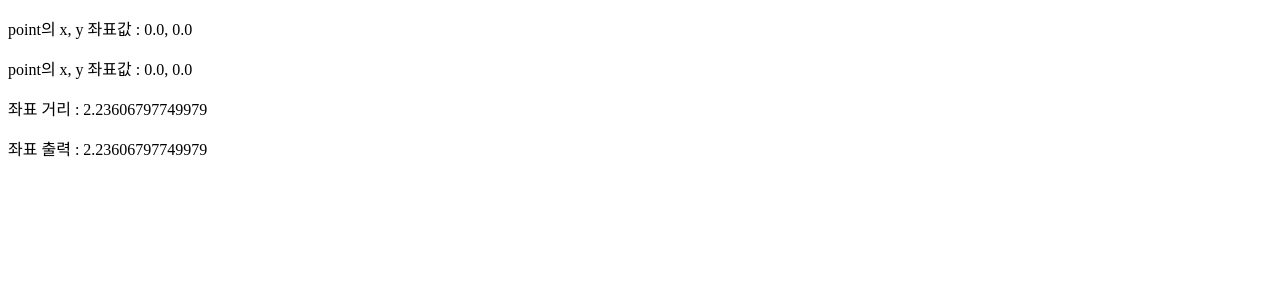
Repository: dnwpdud/WEB_CODES
Page: http://localhost/Web07_EL_JSTL/01_Expression_Language/04_useBean.jsp
An editor plug-in stored every save of this project. The page is shown before and after the next save, followed by the edit.
The browser window is 1280 px wide. The pictures show the whole page.
The page is served by Tomcat 9. Other server files are loaded and not shown.

Above is the page before, as saved 2024-04-05 07:50:26.

### Web07_EL_JSTL/src/main/webapp/01_Expression_Language/04_useBean.jsp
<%@ page language="java" contentType="text/html; charset=UTF-8"
    pageEncoding="UTF-8"%>
<!DOCTYPE html>
<html>
<head>
<meta charset="UTF-8">
<title>EL useBean</title>
</head>
<body>
	<jsp:useBean id="point" class="edu.web.le01.Point" />
	<jsp:setProperty property="x" name="point" value="0.0"/>
	<jsp:setProperty property="y" name="point" value="0.0"/>
	<p>point의 x, y 좌표값 : ${point.x }, ${point.y }</p>
	<p>point의 x, y 좌표값 : ${pageScope.point.x }, ${pageScope.point.y }</p>

	<%-- el 메소드 표기 --%>
	<p>좌표 거리 : ${point.distance(1, 2) }</p>
	<p>좌표 출력 : ${point.distance(1, 2) }</p>
</body>
</html>

### Web07_EL_JSTL/src/main/java/edu/web/el01/Point.java
package edu.web.le01;

public class Point {
	private double x;
	private double y;

	public Point() {
		System.out.println("Point()");
	}

	public Point(double x, double y) {
		this.x = x;
		this.y = y;
	}
	public double getX() {
		System.out.println("getX()");
		return x;
	}
	public void setX(double x) {
		this.x = x;
	}
	public double getY() {
		return y;
	}
	public void setY(double y) {
		this.y = y;
	}

	public double distance(double x, double y) {
		double disX = this.x - x;
		double disY = this.y - y;
		return Math.sqrt(disX * disX + disY * disY);
	}

	@Override
	public String toString() {
		return "Point [x=" + x + ", y=" + y + "]";
	}

}

After the next save:
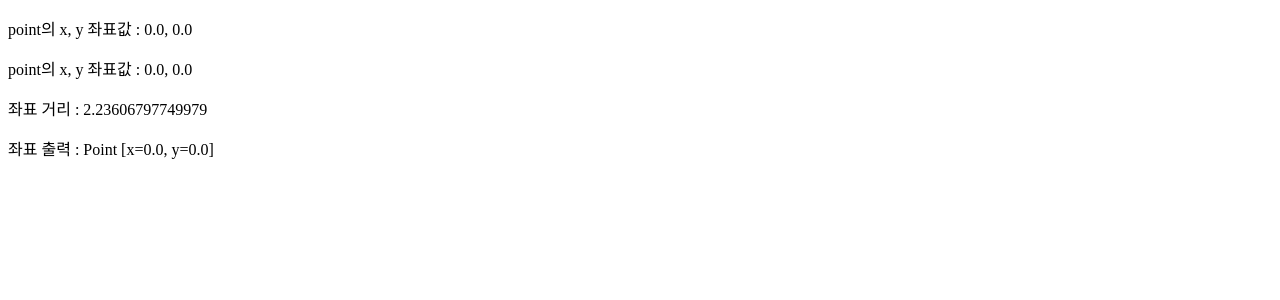
Saved 9 s later.
--- a/Web07_EL_JSTL/src/main/webapp/01_Expression_Language/04_useBean.jsp
+++ b/Web07_EL_JSTL/src/main/webapp/01_Expression_Language/04_useBean.jsp
@@ -15,6 +15,6 @@
 
 	<%-- el 메소드 표기 --%>
 	<p>좌표 거리 : ${point.distance(1, 2) }</p>
-	<p>좌표 출력 : ${point.distance(1, 2) }</p>
+	<p>좌표 출력 : ${point.toString() }</p>
 </body>
 </html>
